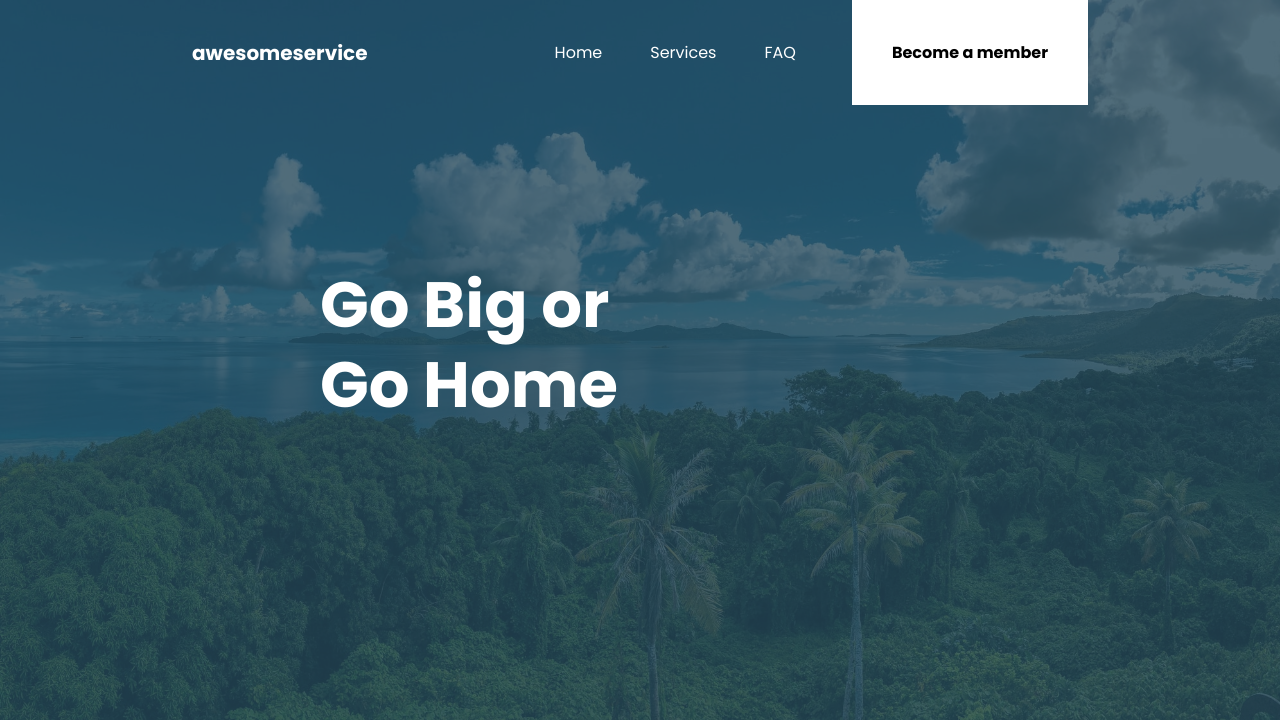
Repository: Hyperion72R/Animated-Navigation
Page: index.html
The author's editor kept a copy of each file at every save. The page is drawn from the files as they stood at one save, then again after a run of saves.
The browser window is 1280 px wide. The pictures show the whole page.
The style sheet was rebuilt from its Sass, Less or Tailwind sources for each picture, by a compiler version that may differ from the author's.

Above is the page before, as saved 2021-08-22 14:23:30.

### index.html
<!DOCTYPE html>
<html lang="en">
  <head>
    <meta charset="UTF-8" />
    <meta http-equiv="X-UA-Compatible" content="IE=edge" />
    <meta name="viewport" content="width=device-width, initial-scale=1.0" />
    <title>Document</title>
    <link rel="stylesheet" href="css/main.css" />
  </head>
  <body>
    <header>
      <a href="#" class="logo">awesomeservice</a>

      <nav>
        <ul>
          <li><a href="#">Home</a></li>
          <li><a href="#">Services</a></li>
          <li><a href="#">FAQ</a></li>
          <li class="active"><a href="#">Become a member</a></li>
        </ul>
      </nav>
    </header>

    <section>
      <h1>Go Big or Go Home</h1>
    </section>

    <div class="overlay">
      <div class="left">
        <h2>It's so easy</h2>
        <p>You've got two options!</p>

        <div class="cards">
          <div class="card">
            <strong>Subscribe for $9 per month</strong>
            <p>
              Lorem ipsum dolor, sit amet consectetur adipisicing elit. Lorem
              ipsum dolor sit.
            </p>
            <a href="#" class="cta">Subscribe Now</a>
          </div>

          <div class="card">
            <strong>Pay $99 Once</strong>
            <p>
              Ratione quisquam, nesciunt corrupti magni quis tempora veritatis
              laudantium ex
            </p>
            <a href="#" class="cta pay-once">Pay Once</a>
          </div>
        </div>
      </div>

      <div class="middle">
        <ul class="secondary">
          <li><a href="#">Home</a></li>
          <li><a href="#">Services</a></li>
          <li><a href="#">FAQ</a></li>
          <li><a href="#">Contact</a></li>
        </ul>

        <div class="social-nav">
          <a href="" class="twitter"
            ><svg
              xmlns="http://www.w3.org/2000/svg"
              width="32"
              height="32"
              viewBox="0 -1.15 32 32"
            >
              <path
                d="M24 4.557c-.883.392-1.832.656-2.828.775 1.017-.609 1.798-1.574 2.165-2.724-.951.564-2.005.974-3.127 1.195-.897-.957-2.178-1.555-3.594-1.555-3.179 0-5.515 2.966-4.797 6.045-4.091-.205-7.719-2.165-10.148-5.144-1.29 2.213-.669 5.108 1.523 6.574-.806-.026-1.566-.247-2.229-.616-.054 2.281 1.581 4.415 3.949 4.89-.693.188-1.452.232-2.224.084.626 1.956 2.444 3.379 4.6 3.419-2.07 1.623-4.678 2.348-7.29 2.04 2.179 1.397 4.768 2.212 7.548 2.212 9.142 0 14.307-7.721 13.995-14.646.962-.695 1.797-1.562 2.457-2.549z"
              /></svg
          ></a>
          <a href="" class="facebook"
            ><svg
              xmlns="http://www.w3.org/2000/svg"
              width="32"
              height="32"
              viewBox="0 0 32 32"
            >
              <path
                d="M9 8h-3v4h3v12h5v-12h3.642l.358-4h-4v-1.667c0-.955.192-1.333 1.115-1.333h2.885v-5h-3.808c-3.596 0-5.192 1.583-5.192 4.615v3.385z"
              /></svg
          ></a>
        </div>
      </div>

      <div class="right">
        <svg
          class="exit"
          xmlns="http://www.w3.org/2000/svg"
          width="58"
          height="58"
          viewBox="0 0 58 58"
        >
          <path
            d="M24 20.188l-8.315-8.209 8.2-8.282-3.697-3.697-8.212 8.318-8.31-8.203-3.666 3.666 8.321 8.24-8.206 8.313 3.666 3.666 8.237-8.318 8.285 8.203z"
          />
        </svg>
      </div>
    </div>
  </body>
</html>

### css/main.scss
@import url("https://fonts.googleapis.com/css2?family=Poppins:ital,wght@0,400;0,500;0,600;0,700;0,800;0,900;1,400;1,500;1,600;1,700;1,800;1,900&display=swap");

*,
*:before,
*::after {
  box-sizing: border-box;
}

body::after {
  content: "";
  display: block;
  width: 100%;
  //   height: 108%;
  height: 100%;
  //   background-color: rgba(51, 51, 51, 0.5);
  background: rgba(38, 73, 91, 0.8);

  position: absolute;
  top: 0;
  left: 0;
  right: 0;
  bottom: 0;
  z-index: -10;
}

body {
  height: 100vh;
  //   background: #8000ff url("../assets/images/bg.jpg");
  //   background: linear-gradient(rgba(4, 230, 168, 0.8), rgba(44, 189, 230, 0.8)),
  //     url("../assets/images/bg.jpg");
  background: url("../assets/images/bg.jpg");
  //   object-fit: scale-down;
  background-size: cover;
  color: white;
  font-family: "Poppins";
  margin: 0;
  //   background-position: center;
  //   padding: 0;
  //   overflow: hidden;
  background-repeat: no-repeat;
}

ul {
  list-style-type: none;
  margin: 0;
  padding: 0;
}

section,
header {
  width: 70%;
  margin: 0 auto;
}

// .social-nav,
// .right {
//   display: none;
// }

.overlay {
  display: none;
}

header {
  display: flex;
  justify-content: space-between;
  align-items: center;

  a {
    color: white;
    text-decoration: none;
    padding: 2em;
  }

  a.logo {
    font-weight: bold;
    font-size: 1.25rem;
    padding: 0;
  }

  nav ul {
    display: flex;

    a {
      padding: 2.5em 1.5em;
      display: block;
    }

    li.active a {
      font-weight: bold;
      background: white;
      color: black;
      margin-left: 2em;
      padding: 2.5em;
    }
  }
}

h1 {
  font-size: 4rem;
  width: 40%;
  line-height: 5rem;
  margin-left: 2em;
  margin-top: 2.5em;
}

After the next 3 saves:
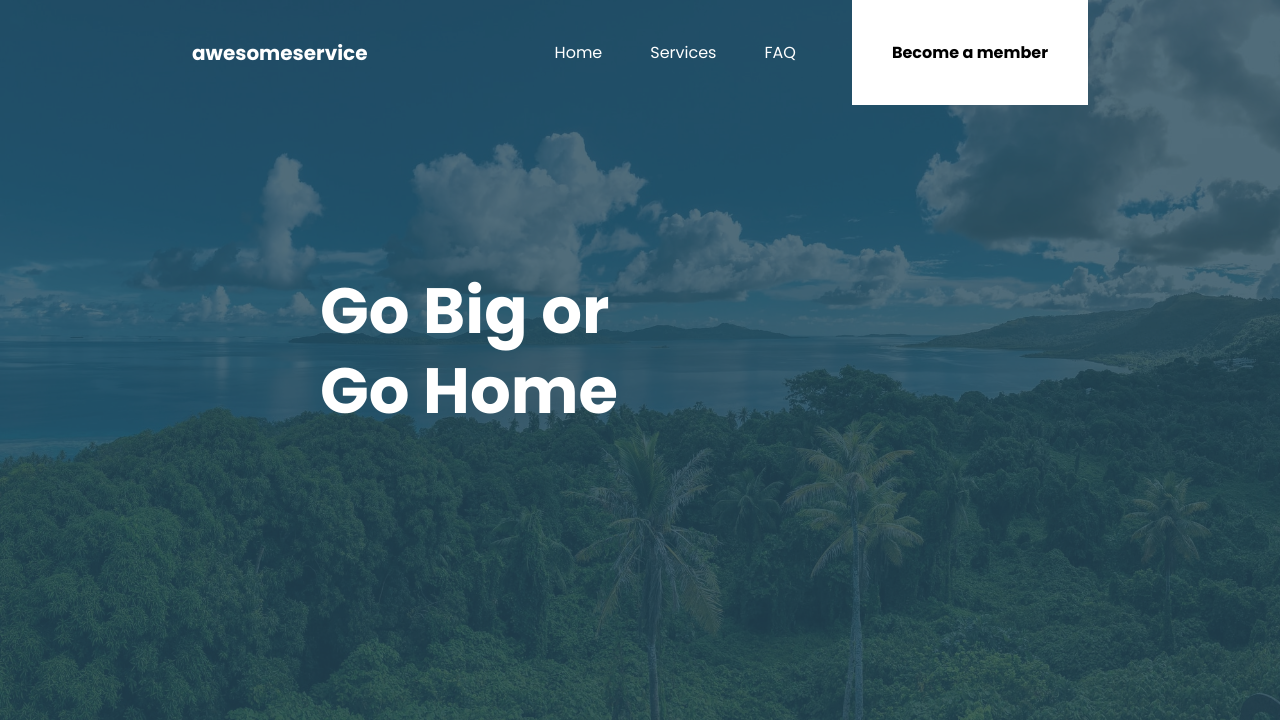
The 3 saves are shown as one change because they came seconds apart.
The last was saved 15 s later.
--- a/css/main.scss
+++ b/css/main.scss
@@ -101,5 +101,5 @@
   width: 40%;
   line-height: 5rem;
   margin-left: 2em;
-  margin-top: 2.5em;
+  margin-top: 2.6em;
 }

After the save that followed:
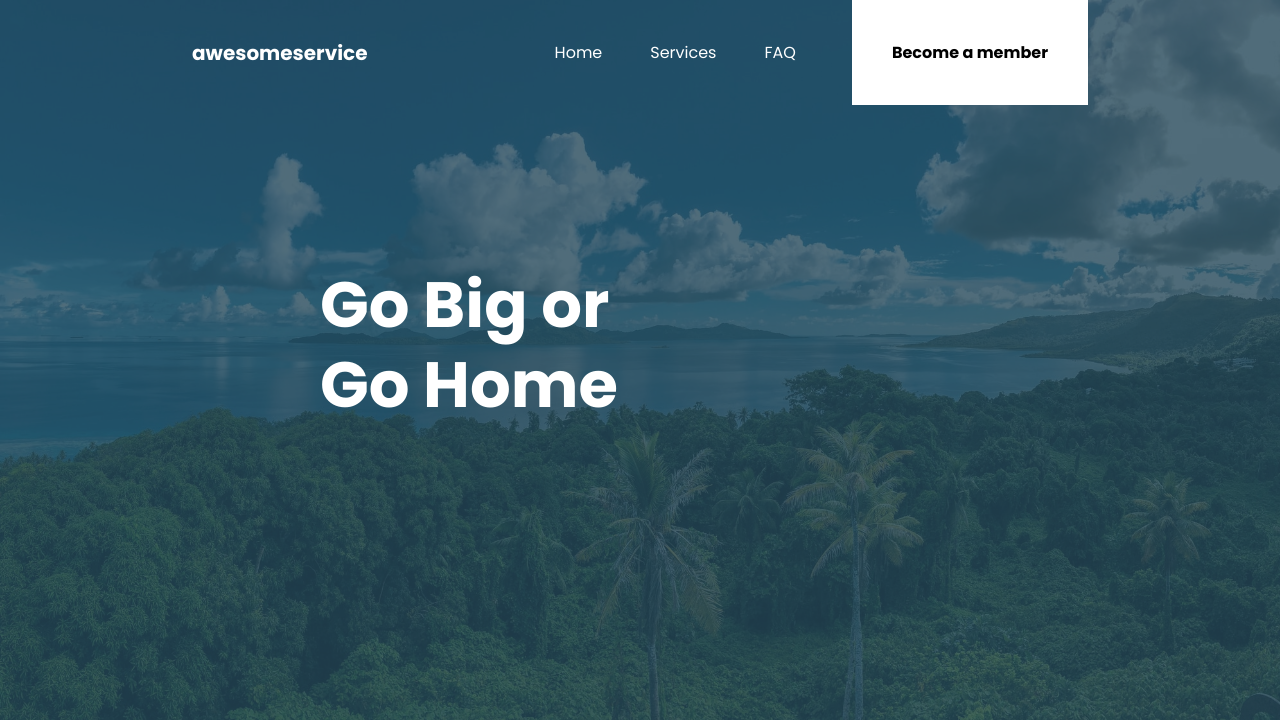
Saved 4 s later.
--- a/css/main.scss
+++ b/css/main.scss
@@ -101,5 +101,5 @@
   width: 40%;
   line-height: 5rem;
   margin-left: 2em;
-  margin-top: 2.6em;
+  margin-top: 2.5em;
 }
